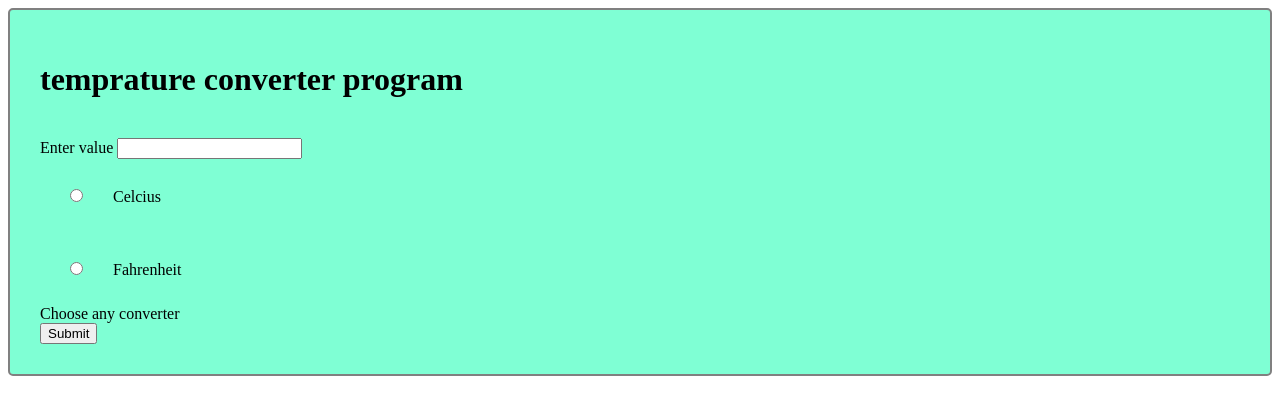
Repository: albinsabu2023/Stopwatch-program
Page: index.html
The author's editor kept a copy of each file at every save. The page is drawn from the files as they stood at one save, then again after the next save.
The browser window is 1280 px wide. The pictures show the whole page.

Above is the page before, as saved 2023-03-02 23:09:43.

After the next save:
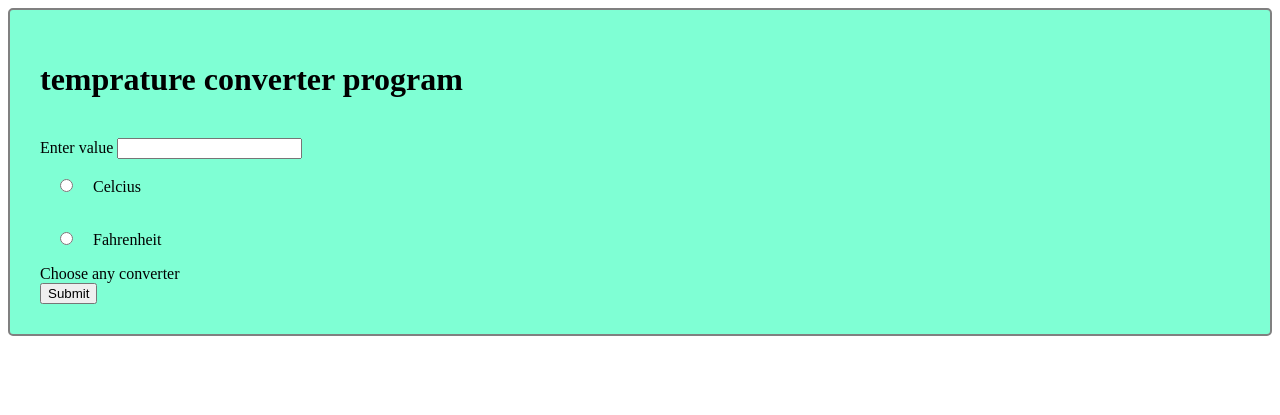
Saved 5 s later.
--- a/style.css
+++ b/style.css
@@ -5,5 +5,5 @@
     background-color: aquamarine;
 }
 #cel,#far{
-    margin: 30px;
+    margin: 20px;
 }
